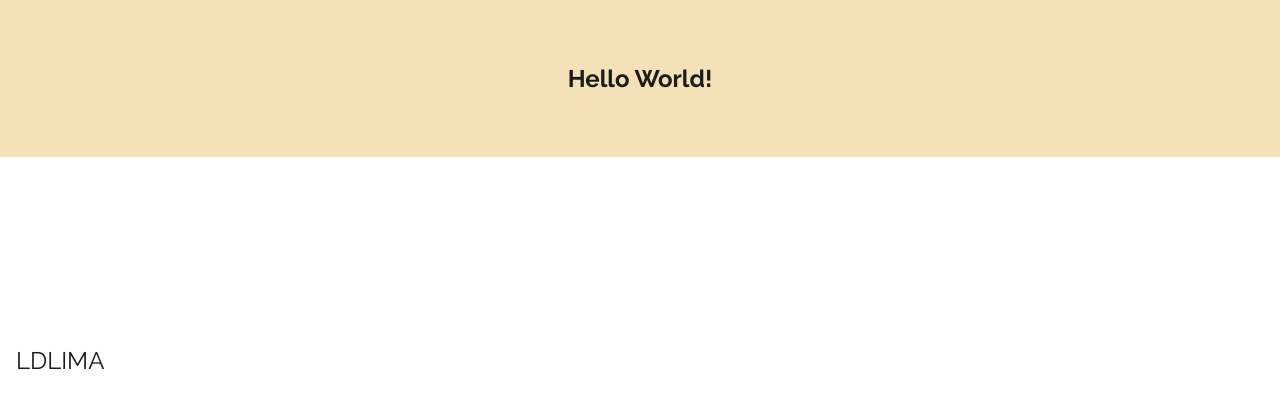
Repository: luizdanielmlima/my-website-react
Page: /
The author's editor kept a copy of each file at every save. The page is drawn from the files as they stood at one save, then again after the next save.
The browser window is 1280 px wide. The pictures show the whole page.
The project was rebuilt for these pictures with package versions that can differ from the ones it lists, and the page was loaded fresh each time.

Above is the page before, as saved 2023-01-31 16:44:11.

### public/index.html
<!DOCTYPE html>
<html lang="en">
  <head>
    <meta charset="utf-8" />
    <link rel="icon" href="%PUBLIC_URL%/favicon.ico" />
    <meta
      name="viewport"
      content="width=device-width, initial-scale=1"
    />
    <meta name="theme-color" content="#000000" />
    <meta
      name="description"
      content="Web site created using create-react-app"
    />
    <link rel="apple-touch-icon" href="%PUBLIC_URL%/logo192.png" />

    <!-- GOOGLE FONTS -->
    <link rel="preconnect" href="https://fonts.googleapis.com" />
    <link
      rel="preconnect"
      href="https://fonts.gstatic.com"
      crossorigin
    />
    <link
      href="https://fonts.googleapis.com/css2?family=Raleway:ital,wght@0,300;0,400;0,500;0,600;0,700;1,400;1,500;1,600;1,700&family=Staatliches&display=swap"
      rel="stylesheet"
    />
    <!--
      manifest.json provides metadata used when your web app is installed on a
      user's mobile device or desktop. See https://developers.google.com/web/fundamentals/web-app-manifest/
    -->
    <link rel="manifest" href="%PUBLIC_URL%/manifest.json" />
    <!--
      Notice the use of %PUBLIC_URL% in the tags above.
      It will be replaced with the URL of the `public` folder during the build.
      Only files inside the `public` folder can be referenced from the HTML.

      Unlike "/favicon.ico" or "favicon.ico", "%PUBLIC_URL%/favicon.ico" will
      work correctly both with client-side routing and a non-root public URL.
      Learn how to configure a non-root public URL by running `npm run build`.
    -->
    <title>Luiz Daniel Lima's site</title>
  </head>
  <body>
    <noscript
      >You need to enable JavaScript to run this app.</noscript
    >
    <div id="root"></div>
    <!--
      This HTML file is a template.
      If you open it directly in the browser, you will see an empty page.

      You can add webfonts, meta tags, or analytics to this file.
      The build step will place the bundled scripts into the <body> tag.

      To begin the development, run `npm start` or `yarn start`.
      To create a production bundle, use `npm run build` or `yarn build`.
    -->
  </body>
</html>

### src/App.tsx
import React from 'react';
import { ThemeProvider } from 'styled-components';
import './App.css';

import Home from './containers/Home/Home';
import { websiteTheme } from './theme/theme';

function App() {
  return (
    <ThemeProvider theme={websiteTheme}>
      <Home />
    </ThemeProvider>
  );
}

export default App;

### src/App.css
*,
*::before,
*::after,
html {
  -webkit-box-sizing: border-box;
  box-sizing: border-box;
  margin: 0;
  padding: 0;
}

body {
  font-family: 'Raleway', sans-serif;
}

### src/containers/Home/Home.tsx
import React from 'react';
import NavBar from '../../components/NavBar/NavBar';
import { Title, Wrapper } from './Home.styled';

const Home = () => {
  return (
    <Wrapper>
      <NavBar></NavBar>
      <Title>Hello World!</Title>
    </Wrapper>
  );
};

export default Home;

### src/theme/theme.ts
export const websiteTheme = {
  colors: {
    primary: '#ed9a4a',
    secondary: '#bc252c',
    tertiary: '#e6af2e',
    bg: '#f4e1b7',
    bgDark: '#302d2a',
    dark: '#1d1c1b',
    menuHeight: '80px',
  },
};

### src/components/NavBar/NavBar.tsx
import React from 'react';
import styled from 'styled-components';

const NavBarContainer = styled.div`
  font-size: 1.5em;
  text-align: center;
  color: ${({ theme }) => theme.colors.dark};
`;

const MyLogo = styled.section`
  display: flex;
  align-items: center;
  position: absolute;
  left: 16px;
  top: 50%;
  transform: translate(0, -50%);
`;

const NavBar = () => {
  return (
    <NavBarContainer>
      <MyLogo>
        <p>L</p>
        <p>D</p>
        <p>LIMA</p>
      </MyLogo>
    </NavBarContainer>
  );
};

export default NavBar;

### src/containers/Home/Home.styled.ts
import styled from 'styled-components';

export const Title = styled.h1`
  font-size: 1.5em;
  text-align: center;
  color: ${({ theme }) => theme.colors.dark}; ;
`;

export const Wrapper = styled.section`
  padding: 4em;
  background: ${({ theme }) => theme.colors.bg};
`;

Loaded but not shown: src/index.tsx (common file); src/index.css (common file); src/reportWebVitals.ts (common file)

After the next save:
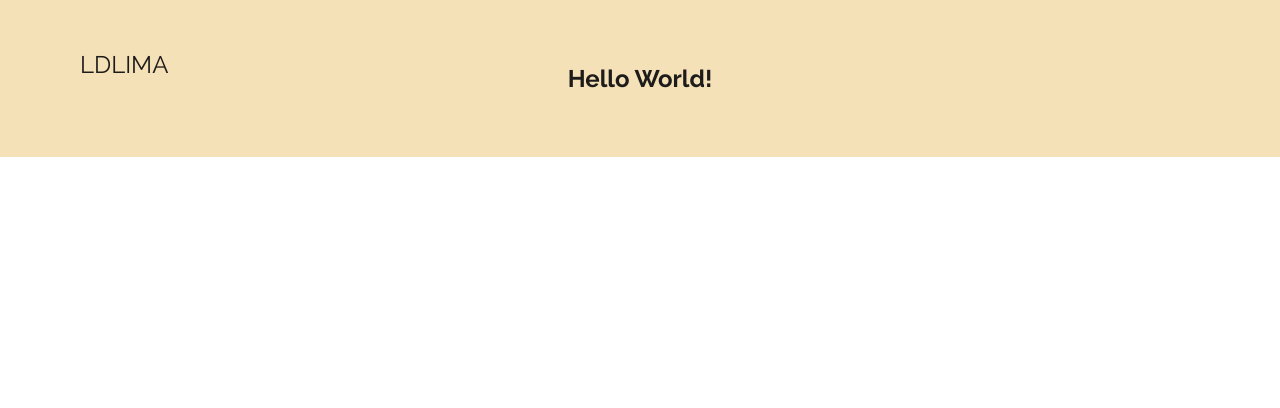
Saved 58 s later.
--- a/src/components/NavBar/NavBar.tsx
+++ b/src/components/NavBar/NavBar.tsx
@@ -5,6 +5,11 @@
   font-size: 1.5em;
   text-align: center;
   color: ${({ theme }) => theme.colors.dark};
+  margin: 0;
+  width: 100%;
+  height: ${({ theme }) => theme.menuHeight};
+  margin: 0;
+  position: relative;
 `;
 
 const MyLogo = styled.section`
